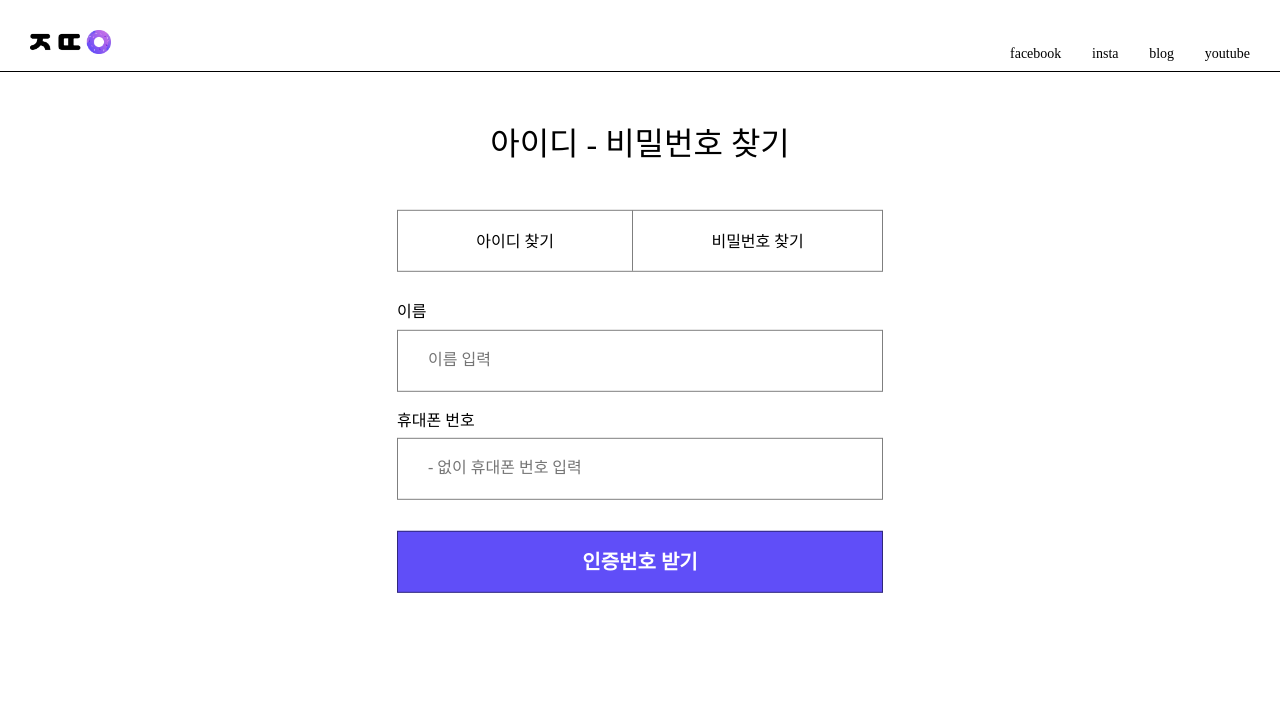
Repository: raoniee/Jaetteoli-React-Project
Page: /help
The author's editor kept a copy of each file at every save. The page is drawn from the files as they stood at one save, then again after the next save.
The browser window is 1280 px wide. The pictures show the whole page.
Some web fonts or font styles are not loaded; a fallback is used. The project was rebuilt for these pictures with package versions that can differ from the ones it lists, and the page was loaded fresh each time. Also part of the build but not shown: src/component/main/ManageReview.module.css, src/component/main/ReviewContainer.module.css, src/component/main/ReviewItem.module.css, src/component/main/ReviewItem.js, src/component/main/ReviewContainer.js, src/component/sidebar/SideBar.module.css, src/component/sidebar/SideBar.js, src/component/main/ManageReview.js and 53 more.

Above is the page before, as saved 2023-07-06 21:31:12.

### public/index.html
<!DOCTYPE html>
<html lang="en">
<script src="//t1.daumcdn.net/mapjsapi/bundle/postcode/prod/postcode.v2.js"></script>
<head>
  <meta charset="utf-8" />
  <link rel="icon" href="%PUBLIC_URL%/favicon.ico" />
  <meta name="viewport" content="width=device-width, initial-scale=1" />
  <meta name="theme-color" content="#000000" />
  <meta name="description" content="Web site created using create-react-app" />
  <link rel="apple-touch-icon" href="%PUBLIC_URL%/logo192.png" />
  <link rel="manifest" href="%PUBLIC_URL%/manifest.json" />
  <title>재떨이</title>
</head>

<body>
  <div id="overlays"></div>
  <div id="root"></div>
</body>

</html>

### src/App.js
import Header from "./component/header/Header";
import ManageReview from "./component/main/ManageReview";
import TodayMenu from "./component/main/TodayMenu";
import TodayOrder from "./component/main/TodayOrder";
import ManageSale from "./component/main/ManageSale";

// Membership
import MembershipStart from "./component/memberShip/MembershipStart";
import MembershipInformation from "./component/memberShip/MembershipInformation";
import MembershipEnd from "./component/memberShip/MembershipEnd";

// login
import LoginStart from "./component/login/LoginStart";
import IDSearch from "./component/login/IDSearch";
import IDShow from "./component/login/IDShow";
import PasswordNew from "./component/login/PasswordNew";

import Regist1 from "./component/register/Regist1";
import Regist2 from "./component/register/Regist2";
import Regist3 from "./component/register/Regist3";

import { RouterProvider, createBrowserRouter } from "react-router-dom";
import SideBar from "./component/sidebar/SideBar";
import Home from "./component/home/Home";

const router = createBrowserRouter([
  { path: "/", element: <Home /> },
  // Membership
  { path: "/signup/agree", element: <MembershipStart /> },
  { path: "/signup/begin", element: <MembershipInformation /> },
  { path: "/signup/complete", element: <MembershipEnd /> },
  // login
  { path: "/login", element: <LoginStart /> },
  { path: "/help", element: <IDSearch /> },
  { path: "/help/complete", element: <IDShow /> },
  { path: "/help/new-pw", element: <PasswordNew /> },
  //
  { path: "/today/menu", element: <TodayMenu /> },
  { path: "/today/order", element: <TodayOrder /> },
  { path: "/review", element: <ManageReview /> },
  { path: "/sales", element: <ManageSale /> },
  { path: "/register/store", element: <Regist1 /> },
  { path: "/register/menu", element: <Regist2 /> },
  { path: "/register/origin", element: <Regist3 /> },
]);

function App() {
  return <RouterProvider router={router} />;
}

export default App;

### src/store/index.js
import React from 'react';
import { configureStore } from '@reduxjs/toolkit';
import authReducer from './auth'

export default configureStore({
    reducer: {
        auth: authReducer
    },
})

### src/component/header/Header.js
import Nav from './Nav';
import style from './Header.module.css'
import logo from '../../assets/images/logo.png'

const Header = () => {
    return (
        <header>
            <div className={style.logo}>
                <img className={style.logoImg} src={logo}></img>
            </div>
            <Nav />
        </header>
    )
}

export default Header;

### src/component/login/IDSearch.jsx
import React from "react";
import Footer from "../footer/Footer";
import Header from "../header/Header";
import style from "./IDSearch.module.css";

export default function IDSearch() {
  return (
    <div className={style.container}>
      <Header />
      <div className={style.IDSearch}>
        <span className={style.title}>아이디 - 비밀번호 찾기</span>
        <ul className={style.search_option}>
          <li>아이디 찾기</li>
          <li>비밀번호 찾기</li>
        </ul>
        <form action="" className={style.ID_SEARCH}>
          <label htmlFor="">이름</label>
          <input type="text" placeholder="이름 입력" className={style.name} />
          <label htmlFor="">휴대폰 번호</label>
          <input
            type="text"
            placeholder="- 없이 휴대폰 번호 입력"
            className={style.phone}
          />
        </form>
        <button className={style.bluebutton}>인증번호 받기</button>
      </div>
      <Footer />
    </div>
  );
}

### src/store/auth.js
import { createSlice } from '@reduxjs/toolkit';

const initialStateValue = { jwt: '', name: '', firstLogin: 1, menuRegister: 1 }

export const authSlice = createSlice({
    name: "auth",
    initialState: { value: { jwt: '', name: '', firstLogin: 1, menuRegister: 1 } },
    reducers: {
        login: (state, action) => {
            state.value = action.payload
        },
        logout: (state) => {
            state.value = initialStateValue
        }
    },
});

export default authSlice.reducer;
export const { login, logout } = authSlice.actions;

### src/component/header/Nav.js
import style from './Nav.module.css'

const Nav = () => {
    return(
        <nav className={style.nav}>
            <ul className={style.navList}>
                <li>facebook</li>
                <li>insta</li>
                <li>blog</li>
                <li>youtube</li>
            </ul>
        </nav>
    )
}

export default Nav;

### src/component/header/Header.module.css
header {
    font-family: "Pretendard-SemiBold";
    width: 100%;
    height: 72px;
    display: flex;
    align-items: flex-end;
    justify-content: space-between;
    padding: 10px 30px;
    box-sizing: border-box;
    position: fixed;
    top: 0;
    left: 0;
    background-color: white;
    z-index: 1;
    border-bottom: 1px solid black;
}

.logoImg {
    width: 81px;
    height: 24px;
    margin-bottom: 4px;
}

### src/component/footer/Footer.jsx
import React from "react";
import style from "./Footer.module.css";
import { ReactComponent as ArrowDown } from '../../assets/images/arrow_down.svg'

export default function Footer() {
  return (
    <footer>
      <ul className={style.top}>
        <li>이용약관</li>
        <li>개인정보처리방침</li>
        <li>
          <p>자세히</p>
          <ArrowDown></ArrowDown>
        </li>
      </ul>
      <ul className={style.bottom}>
        <li>대표번호 010-9778-8973</li>
        <li>ⓒJaetteoli Corp.</li>
      </ul>
    </footer>
  );
}

### src/component/login/IDSearch.module.css
.container {
  display: flex;
  flex-direction: column;
}

.IDSearch {
  position: absolute;
  top: 50%;
  left: 50%;
  transform: translate(-50%, -50%);
  width: 486px;
}

.title {
  display: block;
  text-align: center;
  font-weight: 300;
  font-size: 32px;
  line-height: 35.2px;
  margin-bottom: 48px;
}

.search_option {
  width: inherit;
  display: flex;
  height: 62px;
  border: 1px solid rgba(0, 0, 0, 0.5);
  margin-bottom: 31px;
}

.search_option li {
  flex-grow: 1;
  font-weight: 300;
  font-size: 16px;
  line-height: 62px;
  text-align: center;
}

.search_option li:last-child {
  border-left: 1px solid rgba(0, 0, 0, 0.5);
}

.ID_SEARCH {
  display: flex;
  flex-direction: column;
}

.ID_SEARCH label {
  font-weight: 300;
  font-size: 16px;
  line-height: 17.6px;
  margin-bottom: 9px;
}

.ID_SEARCH input {
  height: 62px;
  border: 1px solid rgba(0, 0, 0, 0.5);
  padding-left: 30px;
}

.ID_SEARCH input::placeholder {
  font-weight: 300;
  font-size: 16px;
  line-height: 17.6px;
}

.ID_SEARCH .name {
  margin-bottom: 20px;
}

.ID_SEARCH .phone {
  margin-bottom: 31px;
}

.bluebutton {
  width: 486px;
  height: 62px;
  border: 1px solid rgba(0, 0, 0, 0.5);
  background-color: rgba(96, 78, 248, 1);
  font-weight: 700;
  font-size: 20px;
  line-height: 22px;
  color: rgba(255, 255, 255, 1);
}

### src/component/header/Nav.module.css
.nav {
    font-family: "Pretendard-Regular";
    font-size: 14px;
}

.navList {
    width: 240px;
    display: flex;
    justify-content: space-between;
}

### src/component/memberShip/AgreeAlert.module.css
* {
  font-family: "Fira Sans";
  box-sizing: border-box;
}

.wrap {
  position: absolute;
  top: 50%;
  left: 50%;
  transform: translate(-50%, -50%);
  width: 771px;
  height: 568px;
}

.top {
  display: flex;
  justify-content: space-between;
  background-color: #604ef8;
  height: 55.8px;
}

.top .title {
  font-weight: 500;
  font-size: 14px;
  line-height: 55.8px;
  color: #ffffff;
  margin-left: 31px;
}

.top .close {
  margin-top: 22px;
  margin-right: 32px;
  cursor: pointer;
}

.middle {
  background: white;
  padding: 20px 30px;
}

.middle .information ul {
  display: flex;
  margin-bottom: 15px;
}

.middle .information ul li {
  font-weight: 500;
  font-size: 13px;
  line-height: 15.6px;
}

.middle .information ul li:nth-child(1) {
  flex-grow: 15;
}
.middle .information ul li:nth-child(2) {
  text-align: right;
  flex-grow: 1;
}
.middle .information ul li:nth-child(3) {
  text-align: right;
  flex-grow: 1;
}

.middle .information p {
  padding: 10px 7px;
  height: 360.97px;
  font-weight: 400;
  font-size: 11px;
  line-height: 13.2px;
  border: 1px solid #dadada;
  overflow-y: scroll;
}

.bottom {
  position: relative;
  height: 82px;
  background-color: #f6f6f6;
}

.bottom button {
  position: absolute;
  bottom: 21px;
  right: 30.5px;
  width: 97.5px;
  height: 31px;
  border: 1px solid #604ef8;
  border-radius: 5px;
  cursor: pointer;
}

### src/component/footer/Footer.module.css
/* * {
  outline: 1px solid #363;
} */

footer {
  height: 71px;
  font-weight: 300;
  font-size: 13px;
  line-height: 14.3px;
}

footer ul {
  display: flex;
}

.top {
  width: 220px;
  gap: 14px;
  margin: 0 auto;
}

.top li {
  display: flex;
}

.top li p {
  margin-right: 10px;
}

.bottom {
  width: 261px;
  gap: 18px;
  margin: 0 auto;
}

### src/component/home/Login.module.css
.btnContainer {
    width: 276px;
    height: 48px;
    display: flex;
    justify-content: space-around;
}

button {
    width: 114px;
    height: 48px;
    border: 2px solid #604EF8;
    font-family: 'Pretendard-Regular';
    font-size: 18px;
}

.login {
    background-color: white;

}

.signup {
    background-color: #604EF8;
    color: white;
}

Loaded but not shown: src/index.js (common file); src/index.css (common file)

After the next save:
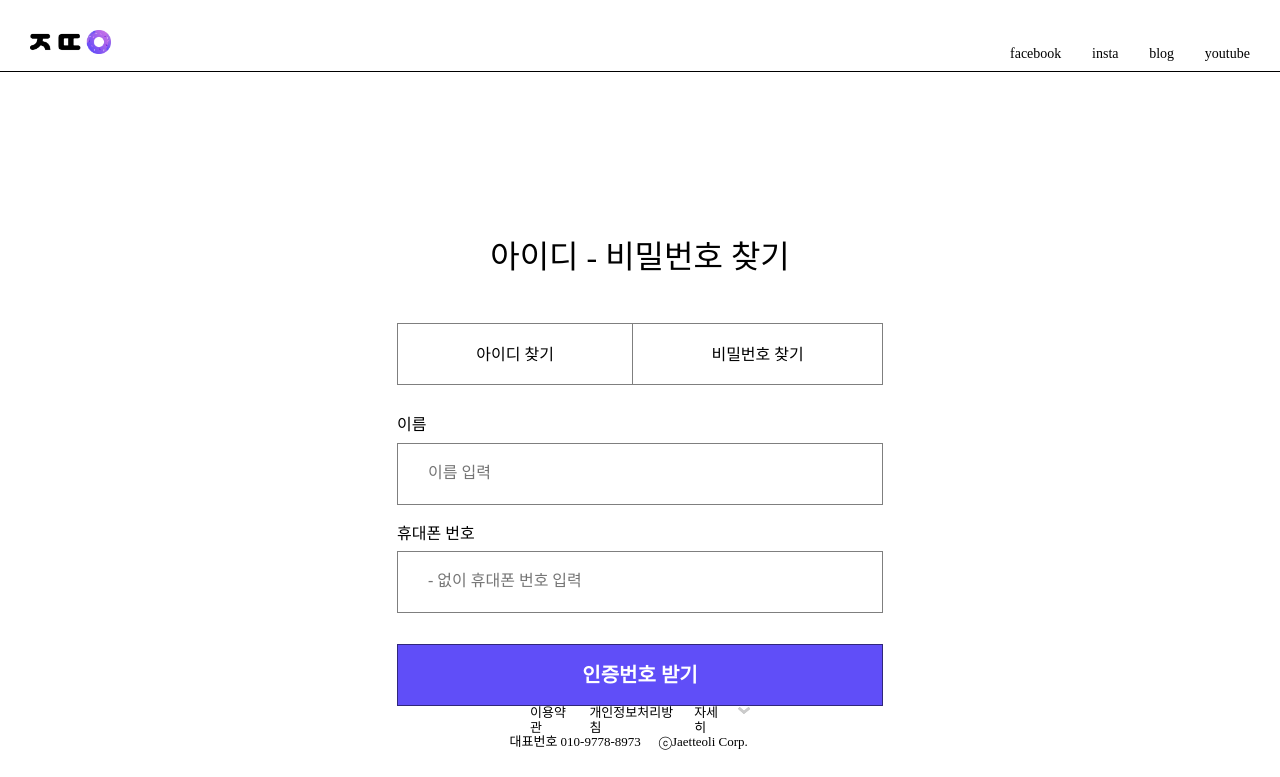
Saved 5 s later.
--- a/src/component/login/IDSearch.module.css
+++ b/src/component/login/IDSearch.module.css
@@ -4,11 +4,8 @@
 }
 
 .IDSearch {
-  position: absolute;
-  top: 50%;
-  left: 50%;
-  transform: translate(-50%, -50%);
-  width: 486px;
+  margin: 0 auto;
+  margin-top: 240px;
 }
 
 .title {
